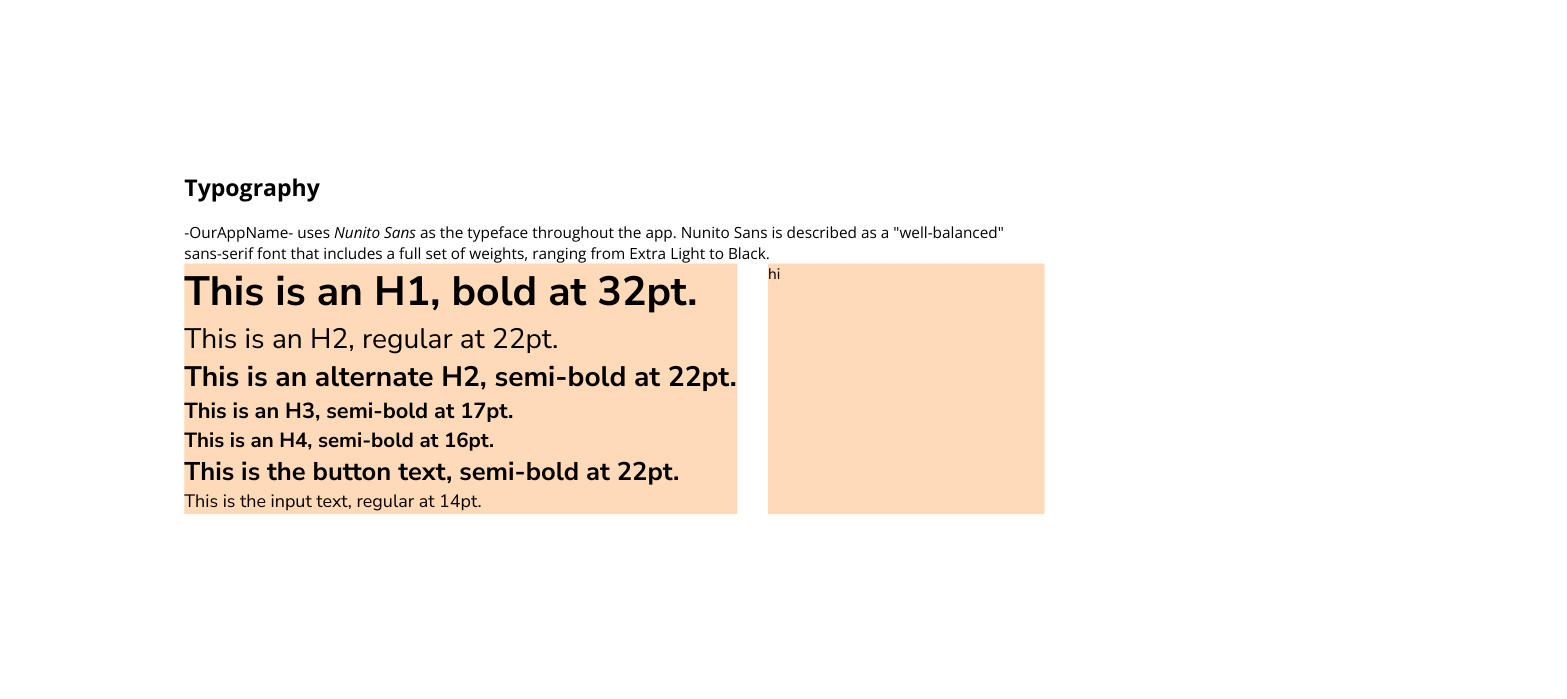
Repository: seohyun9672/Timearth-A6Styleguide
Page: page2.html
The author's editor kept a copy of each file at every save. The page is drawn from the files as they stood at one save, then again after the next save.
The browser window is 1280 px wide. The page is 1632 px wide, so the pictures cover 1632 px, including what lies to the right of the window. The pictures show the part of the page from y = 1637 to 2365 px (the page is 2365 px tall before and 2361 px after), at 96% of full size.

Above is the page before, as saved 2022-03-20 19:52:11.

### page2.html
<!DOCTYPE html>
<html lang="en">
  <head>
    <meta charset="UTF-8" />
    <meta http-equiv="X-UA-Compatible" content="IE=edge" />
    <meta name="viewport" content="width=device-width, initial-scale=1.0" />
    <title>Document</title>
    <link rel="stylesheet" href="stylesheet.css" />
  </head>

  <body>
    <ul class="navbar">
      <li><a href="/page1.html">App Name</a></li>
      <div class="navbar-active">
        <li><a href="/page1.html">Logo</a></li>
        <li><a href="/page2.html">Colour & Typography</a></li>
        <li><a href="/page3.html">Imagery & Graphics</a></li>
        <li><a href="/ref.html">Reference</a></li>
      </div>
    </ul>
    <section class="color-palette page2">
      <h1>Color Palette</h1>
      <img class="palette" src="https://placekitten.com/1440/100" />
      <div>
        <h2>Description of colour palette</h2>
        <p>
          Lorem ipsum dolor sit amet, consectetur adipisicing elit. Culpa neque
          mollitia quae asperiores ad odit vitae iste minima totam harum
          distinctio qui beatae ea ut et adipisci, excepturi at iusto
          reprehenderit reiciendis fugit fuga nisi. Eligendi ut magni adipisci
          nulla architecto reprehenderit? Nemo eos accusamus optio nobis
          distinctio veritatis eius.
        </p>
      </div>
      <div></div>
      <div class="col-2">
        <div class="col">
          <img src="https://placekitten.com/200/600" />
        </div>
        <div class="col">Lorem ipsum dolor sit amet consectetur adipisicing elit. Corrupti laudantium illo iure alias recusandae accusamus reiciendis consequatur aliquid sint veritatis modi dolores, eveniet porro tempore similique aspernatur. Quas, hic quo sed necessitatibus illum suscipit molestiae consequuntur sit provident nobis ullam repellat obcaecati ipsa quos in cumque mollitia eius ratione facilis ut libero laboriosam tempora eum sint! Nisi sapiente veritatis ad iure esse magni reprehenderit odio non perferendis, sed recusandae beatae corporis quasi ipsam assumenda unde!</div>
      </div>
      <h2>Buttons and Menus</h2>
      <div class="col-3">
        <div class="col">
          <img src="https://placekitten.com/300/200" />
          <p>
            Lorem ipsum dolor sit amet consectetur adipisicing elit. Fugit
            architecto laborum quam, unde laboriosam delectus aut facere rem
            magnam eum repellendus accusantium? Ipsum, quas iusto.
          </p>
        </div>
        <div class="col">
          <img src="https://placekitten.com/300/200" />
          <p>
            Lorem ipsum dolor sit amet, consectetur adipisicing elit. Eveniet
            laborum quisquam excepturi officiis obcaecati? Voluptatibus dolores
            laborum cupiditate quia illum explicabo quae nam dicta provident!
          </p>
        </div>
        <div class="col">
          <img src="https://placekitten.com/300/200" />
          <p>
            Lorem ipsum dolor sit amet consectetur adipisicing elit. Nemo
            consectetur veniam reprehenderit dolorem necessitatibus, repellat,
            perferendis quaerat suscipit magni alias in consequuntur nam
            repellendus commodi.
          </p>
        </div>
      </div>
    </section>
    <section class="typo page2">
      <h1>Typography</h1>
      <div>
        -OurAppName- uses <em>Nunito Sans</em> as the typeface throughout the
        app. Nunito Sans is described as a "well-balanced" sans-serif font that includes a full set of weights, ranging from Extra Light to Black.
      </div>
      <div class="col-2-font">
        <div class="col nunito">
            <div class="nh1">This is an H1, bold at 32pt.</div>

            <div class="nh2">This is an H2, regular at 22pt.</div>

            <div class="nh2-2">This is an alternate H2, semi-bold at 22pt.</div>

            <div class="nh3">This is an H3, semi-bold at 17pt.</div>

            <div class="nh4">This is an H4, semi-bold at 16pt.</div>

            <div class="nbtn">This is the button text, semi-bold at 22pt.</div>

            <div class="ninput">This is the input text, regular at 14pt.</div>
        </div>
        <div class="col nunito">hi</div>
      </div>
    </section>
  </body>
</html>

### stylesheet.css
/* import fonts */
@import url('https://fonts.googleapis.com/css2?family=Nunito+Sans:ital,wght@0,200;0,300;0,400;0,600;0,700;0,800;0,900;1,200;1,300;1,400;1,600;1,700;1,800;1,900&family=Open+Sans:ital,wght@0,300;0,400;0,500;0,600;0,700;0,800;1,300;1,400;1,500;1,600;1,700;1,800&display=swap');

body{
    margin: 0;
    font-family: 'open sans', san-serif;
  }

/* NAVBAR */

ul {
  list-style-type: none;
  margin: 0;
  padding: 0;
  overflow: hidden;
  background-color: #333;
}

li {
  float: left;
}

li a {
  display: block;
  color: white;
  text-align: center;
  padding: 14px 16px;
  text-decoration: none;
}

li a:hover {
  background-color: #111;
}

.navbar-active{
    float: right;
}

/* LOGO */

.section-logo {
    display: flex;
    flex-direction: column;
    justify-content: flex-start;
    align-items: center;
}

.logo-description {
    display: flex;
}
.logo-variation {
    display: flex;
    justify-content: space-evenly;
}

.logo-colourpalette {
    display: flex;
    width: 100%;
    justify-content: space-between;
}

.section-cont {
    width: 940px;
}
.colour-cont {
    display: flex;
    flex-direction: column;
}
.colour-name {
    font-weight: bold;
}

.logo-typography {
    display: flex;
}

.logo-usage {
    display: flex;
    flex-direction: column;
}

.logo-usage-desc {
    display: flex;
}

.section-cont colour {
    display: flex;
}

/* page 2 */

.page2 {
    margin:12em;
}
.col-3 {
    display:grid;
    grid-template-columns: 1fr 1fr 1fr;
    grid-gap:2em;
}
.col-2 {
    display:grid;
    grid-template-columns: 1fr 2fr;
    grid-gap:2em;
}
.col-2-font {
    display:grid;
    grid-template-columns: 2fr 1fr;
    grid-gap:2em;
}
.col {
    background-color:peachpuff;
}
.nunito {
    font-family: 'nunito sans', Arial, Helvetica, sans-serif;
}
.nh1 {
    font-weight: bold;
    font-size:32pt;
}
.nh2 {
    font-size:22pt;
}
.nh2-2 {
    font-size:22pt;
    font-weight:bolder;
}
.nh3 {
    font-size:17pt;
    font-weight:bolder;
}
.nh4 {
    font-size:16pt;
    font-weight:bolder;
}
.nbtn {
    font-size:20pt;
    font-weight:bolder;
}
.ninput {
    font-size:14pt;
}

After the next save:
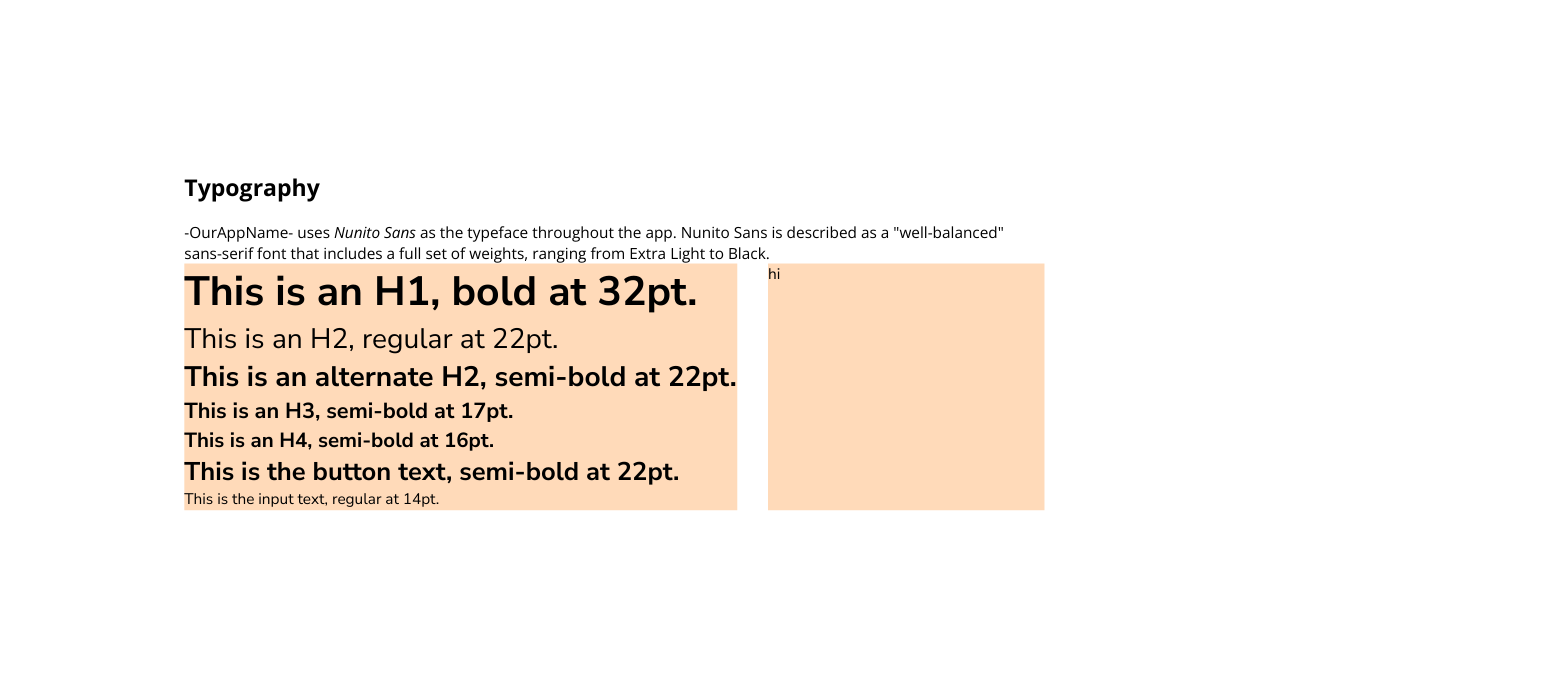
Saved 8 min 59 s later.
--- a/stylesheet.css
+++ b/stylesheet.css
@@ -136,6 +136,3 @@ li a:hover {
     font-size:20pt;
     font-weight:bolder;
 }
-.ninput {
-    font-size:14pt;
-}
